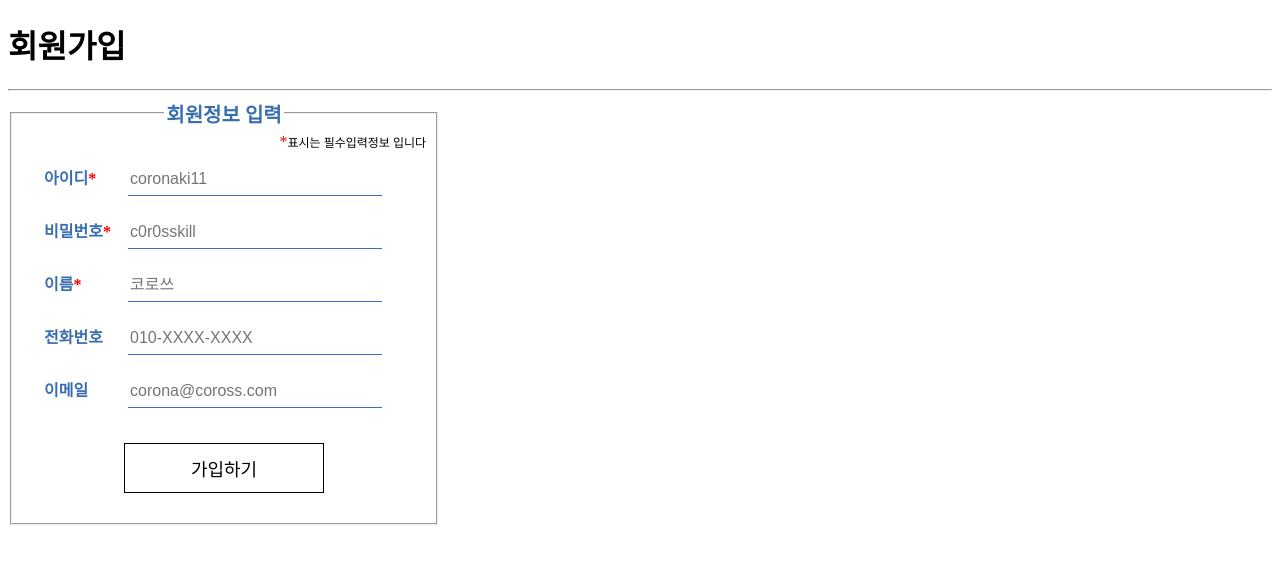
Repository: bbookk1104/spring-workspace
Page: http://localhost/practice_CRUD/joinFrm.do
An editor plug-in stored every save of this project. The page is shown before and after the next save, followed by the edit.
The browser window is 1280 px wide. The pictures show the whole page.
The page is served by Tomcat 9.

Above is the page before, as saved 2022-09-30 10:25:17.

After the next save:
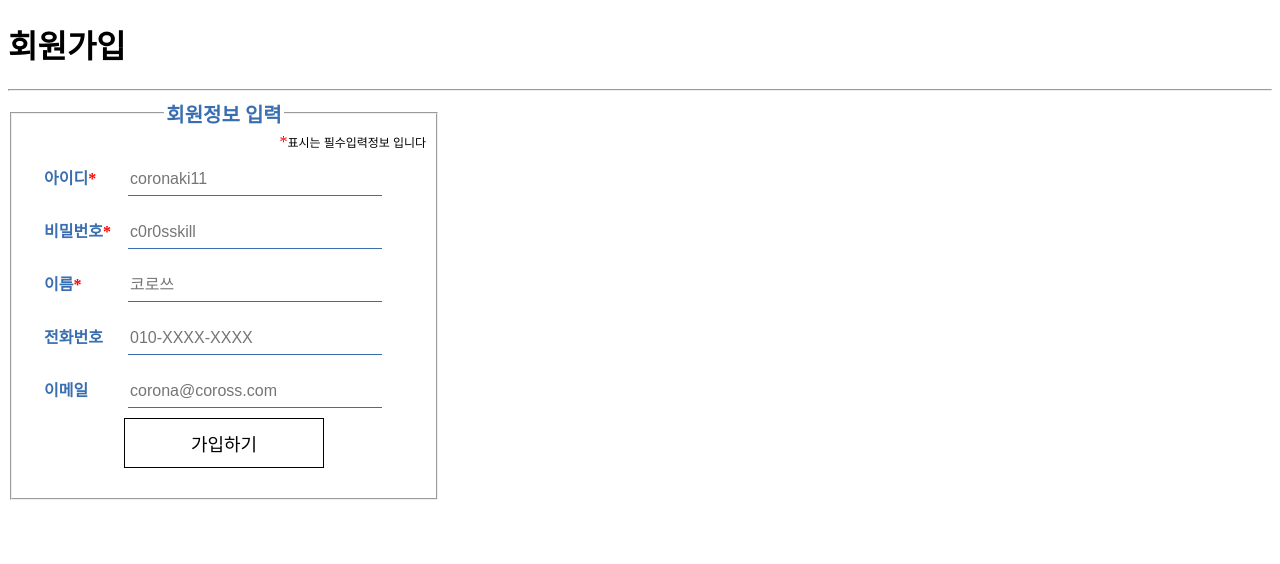
Saved 77 s later.
--- a/practice_CRUD/src/main/webapp/WEB-INF/views/member/joinFrm.jsp
+++ b/practice_CRUD/src/main/webapp/WEB-INF/views/member/joinFrm.jsp
@@ -27,7 +27,6 @@
 		font-weight: bold;
 	}
 	input[type=submit]{
-		margin-top: 25px;
 		width:200px;
 		height:50px;
 		border: 1px solid #000;
